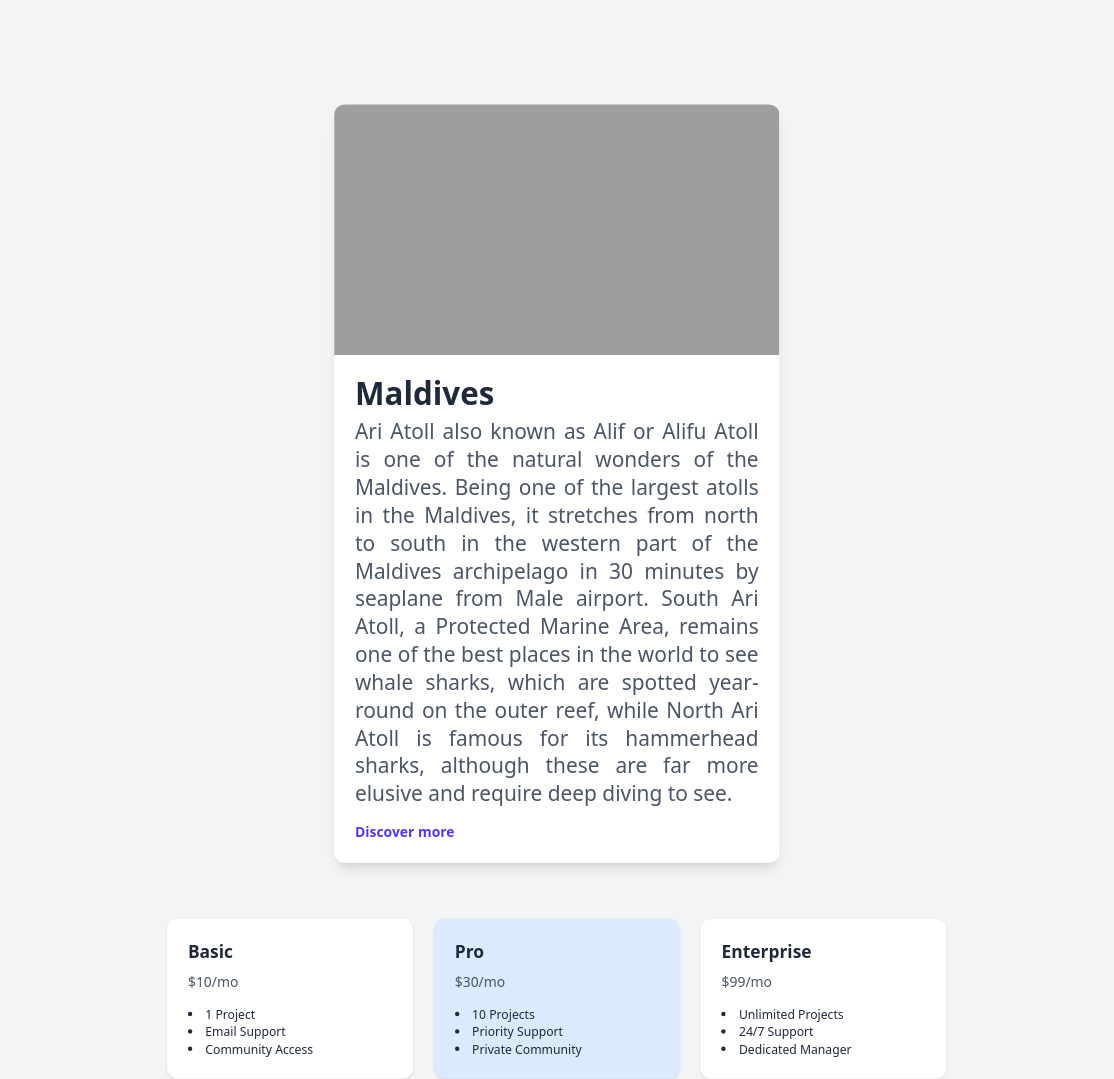
Repository: DinTri/TailwindInASimpleWebApp
Page: src/index.html
The author's editor kept a copy of each file at every save. The page is drawn from the files as they stood at one save, then again after the next save.
The browser window is 1280 px wide. The pictures show the whole page, at 87% of full size.
Pictures or frames that could not be fetched are drawn as grey boxes.

Above is the page before, as saved 2025-06-22 23:16:24.
Console error: TypeError: Cannot read properties of null (reading 'addEventListener')

### src/index.html
<!doctype html>
<html lang="en">
  <head>
    <meta charset="utf-8" />
    <meta http-equiv="X-UA-Compatible" content="IE=edge" />
    <title>Responsive card</title>
    <meta name="description" content="" />
    <meta name="viewport" content="width=device-width, initial-scale=1" />
    <link rel="stylesheet" href="./css/style.css" />
    <script src="./src/js/main.js"></script>
  </head>
  <body class="bg-gray-100 pt-20 text-gray-800">
    <section
      id="card"
      class="ld:max-w-xl mx-auto mt-10 max-w-sm overflow-hidden rounded-xl bg-white shadow-lg sm:max-w-md md:max-w-lg"
    >
      <img
        class="h-48 w-full object-cover sm:h-56 md:h-64 lg:h-72"
        src="https://pix6.agoda.net/hotelImages/7540268/0/a30c55b932f277ae29eabd2a6cc873db.jpg?s=1024x768"
        alt="Maldives"
      />
      <div class="p-6">
        <h2 class="mb-2 text-xl font-bold sm:text-2xl md:text-3xl lg:text-4xl">
          Maldives
        </h2>
        <p class="mt-2 mb-4 text-justify text-gray-600 sm:text-xl md:text-2xl">
          Ari Atoll also known as Alif or Alifu Atoll is one of the natural
          wonders of the Maldives. Being one of the largest atolls in the
          Maldives, it stretches from north to south in the western part of the
          Maldives archipelago in 30 minutes by seaplane from Male airport.
          South Ari Atoll, a Protected Marine Area, remains one of the best
          places in the world to see whale sharks, which are spotted year-round
          on the outer reef, while North Ari Atoll is famous for its hammerhead
          sharks, although these are far more elusive and require deep diving to
          see.
        </p>
        <a href="#" class="font-semibold text-indigo-600 hover:text-indigo-700"
          >Discover more</a
        >
      </div>
    </section>
    <section
      id="pricing"
      class="mx-auto mt-16 grid max-w-4xl grid-cols-1 gap-6 md:grid-cols-3"
    >
      <div class="rounded-xl bg-white p-6 shadow">
        <h3 class="text-xl font-bold">Basic</h3>
        <p class="mt-2 text-gray-600">$10/mo</p>
        <ul class="mt-4 list-inside list-disc text-sm">
          <li>1 Project</li>
          <li>Email Support</li>
          <li>Community Access</li>
        </ul>
      </div>
      <div class="rounded-xl bg-blue-100 p-6 shadow">
        <h3 class="text-xl font-bold">Pro</h3>
        <p class="mt-2 text-gray-600">$30/mo</p>
        <ul class="mt-4 list-inside list-disc text-sm">
          <li>10 Projects</li>
          <li>Priority Support</li>
          <li>Private Community</li>
        </ul>
      </div>
      <div class="rounded-xl bg-white p-6 shadow">
        <h3 class="text-xl font-bold">Enterprise</h3>
        <p class="mt-2 text-gray-600">$99/mo</p>
        <ul class="mt-4 list-inside list-disc text-sm">
          <li>Unlimited Projects</li>
          <li>24/7 Support</li>
          <li>Dedicated Manager</li>
        </ul>
      </div>
    </section>
  </body>
</html>

Loaded but not shown: src/js/main.js (44 lines, source omitted); src/css/style.css (1690 lines, source omitted)

After the next save:
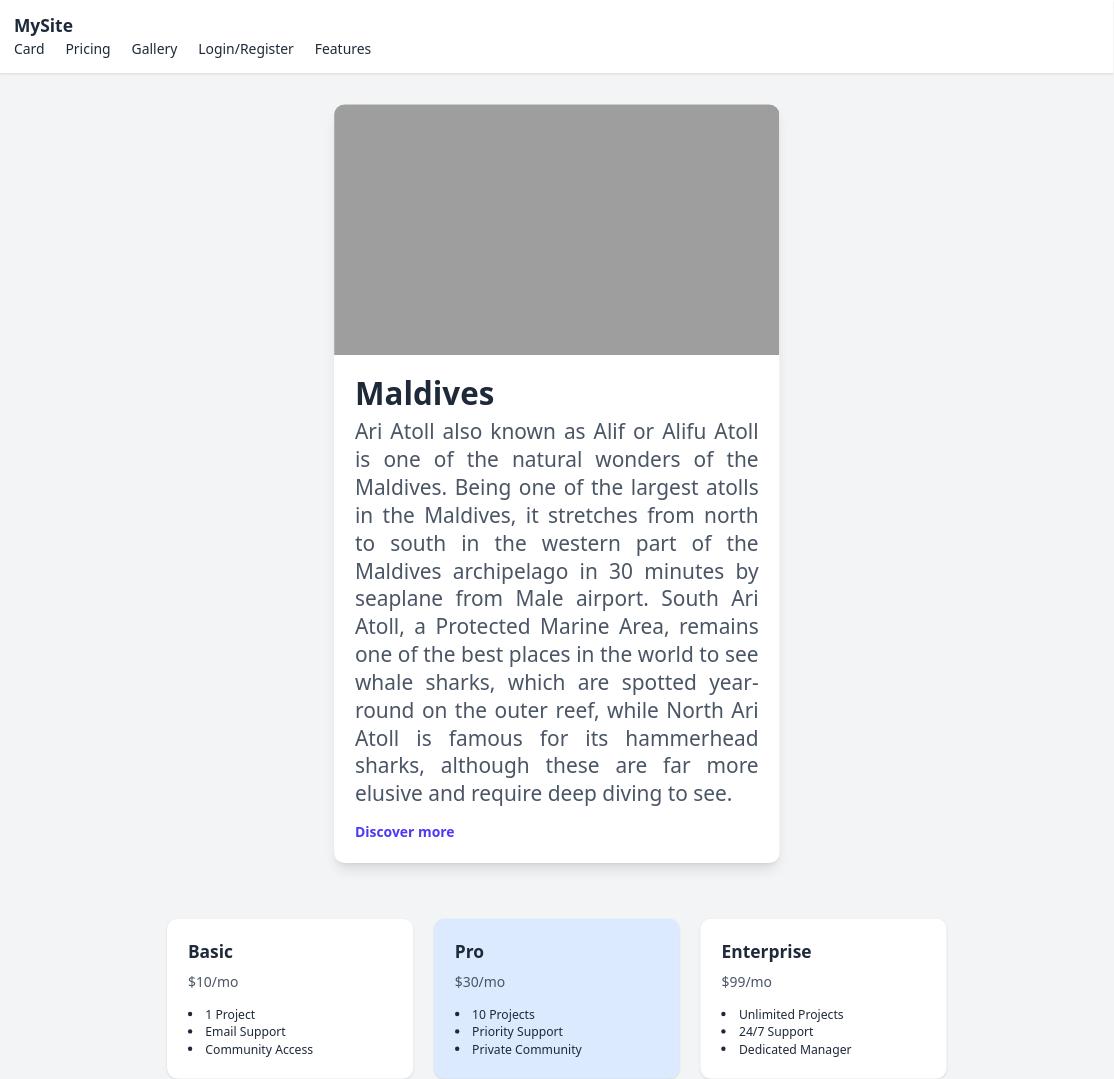
Saved 33 s later.
--- a/src/index.html
+++ b/src/index.html
@@ -10,6 +10,33 @@
     <script src="./src/js/main.js"></script>
   </head>
   <body class="bg-gray-100 pt-20 text-gray-800">
+    <nav
+      class="fixed top-0 left-0 z-50 w-full bg-white p-4 shadow transition-shadow duration-300"
+      id="navbar"
+    >
+      <div class="flex items-center justify-between">
+        <div class="text-xl font-bold">MySite</div>
+        <button id="navToggle" class="text-2xl md:hidden">☰</button>
+      </div>
+      <ul
+        id="navLinks"
+        class="mt-4 hidden flex-col gap-4 md:mt-0 md:flex md:flex-row md:gap-6"
+      >
+        <li><a href="#card" class="block hover:text-blue-600">Card</a></li>
+        <li>
+          <a href="#pricing" class="block hover:text-blue-600">Pricing</a>
+        </li>
+        <li>
+          <a href="#gallery" class="block hover:text-blue-600">Gallery</a>
+        </li>
+        <li>
+          <a href="#forms" class="block hover:text-blue-600">Login/Register</a>
+        </li>
+        <li>
+          <a href="#features" class="block hover:text-blue-600">Features</a>
+        </li>
+      </ul>
+    </nav>
     <section
       id="card"
       class="ld:max-w-xl mx-auto mt-10 max-w-sm overflow-hidden rounded-xl bg-white shadow-lg sm:max-w-md md:max-w-lg"
